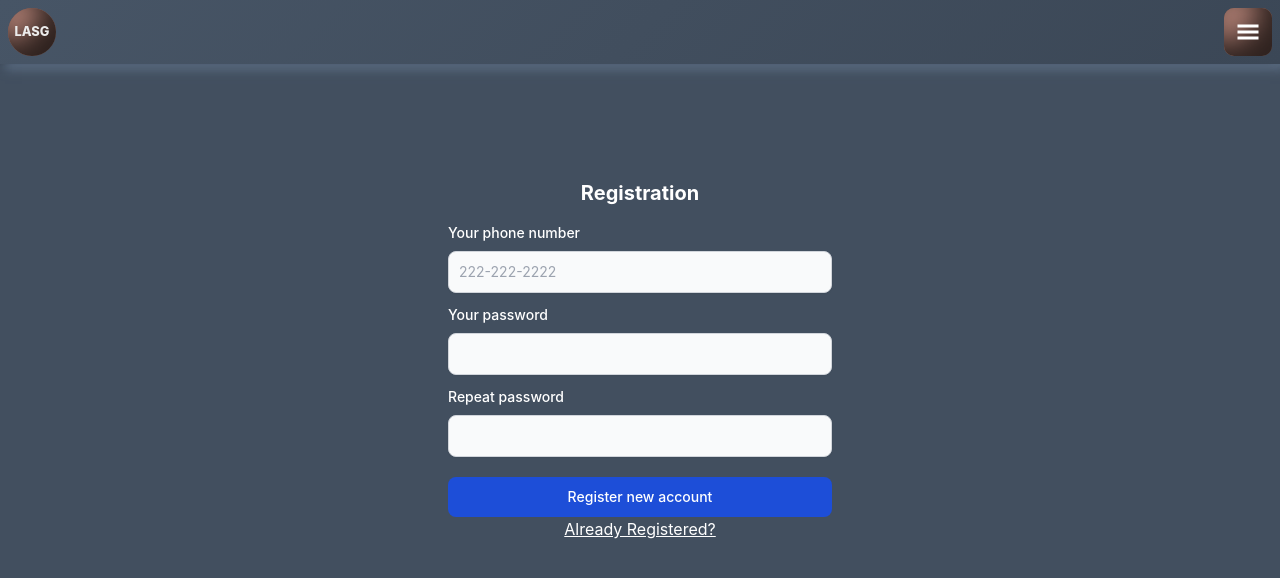
Repository: ShindanoSingi/LA-Swahili-Group
Page: /login (app in client/)
An editor plug-in stored every save of this project. The page is shown before and after the next save, followed by the edit.
The browser window is 1280 px wide. The pictures show the whole page.
The project was rebuilt for these pictures with package versions that can differ from the ones it lists, and the page was loaded fresh each time. Also part of the build but not shown: client/src/pages/error/Error.css, client/src/pages/error/Error.js, client/src/pages/home/Home.js, client/src/pages/about/About.js, client/src/pages/contact/Contact.js.

Above is the page before, as saved 2024-02-06 23:08:07.

After the next save:
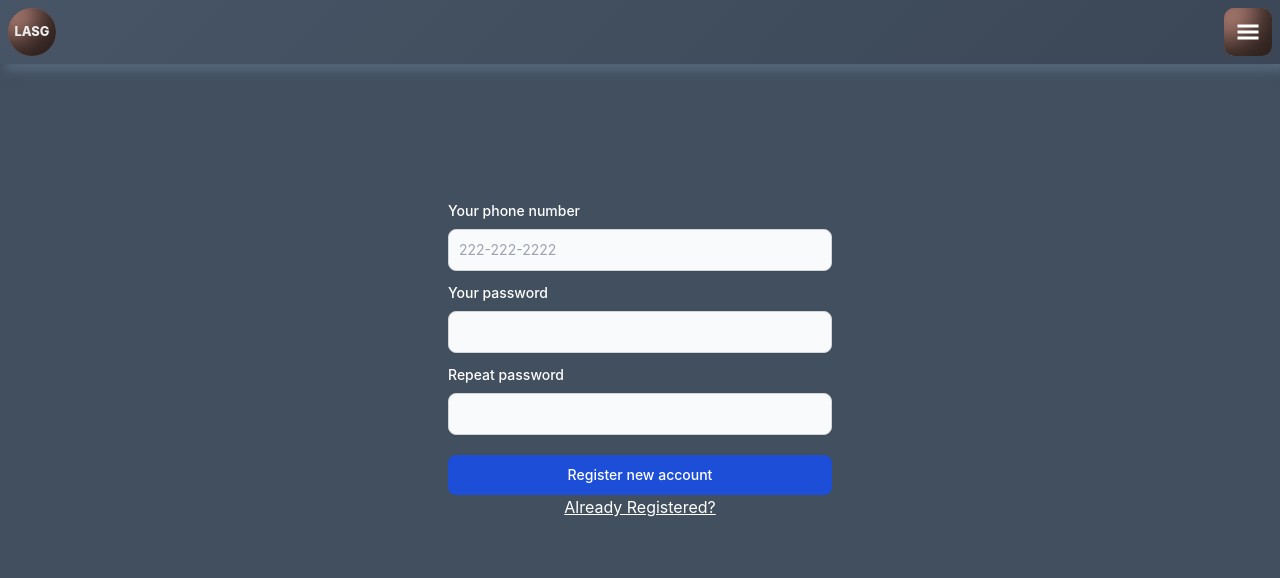
Saved 29 s later.
--- a/client/src/pages/login/Login.js
+++ b/client/src/pages/login/Login.js
@@ -6,7 +6,10 @@
       return (
             <div className="container">
                   <div className="w-[80%]">
-                        <h1 className="text-xl font-bold text-center mb-4 text-white dark:text-white">Registration</h1>
+                    {
+                        showRegisterButton && (                        <h1 className="text-xl font-bold text-center mb-4 text-white dark:text-white">Registration</h1>
+                        )
+                    }
                         <form className="max-w-sm mx-auto">
                               <div className="mb-3">
                                     <label

After the save that followed:
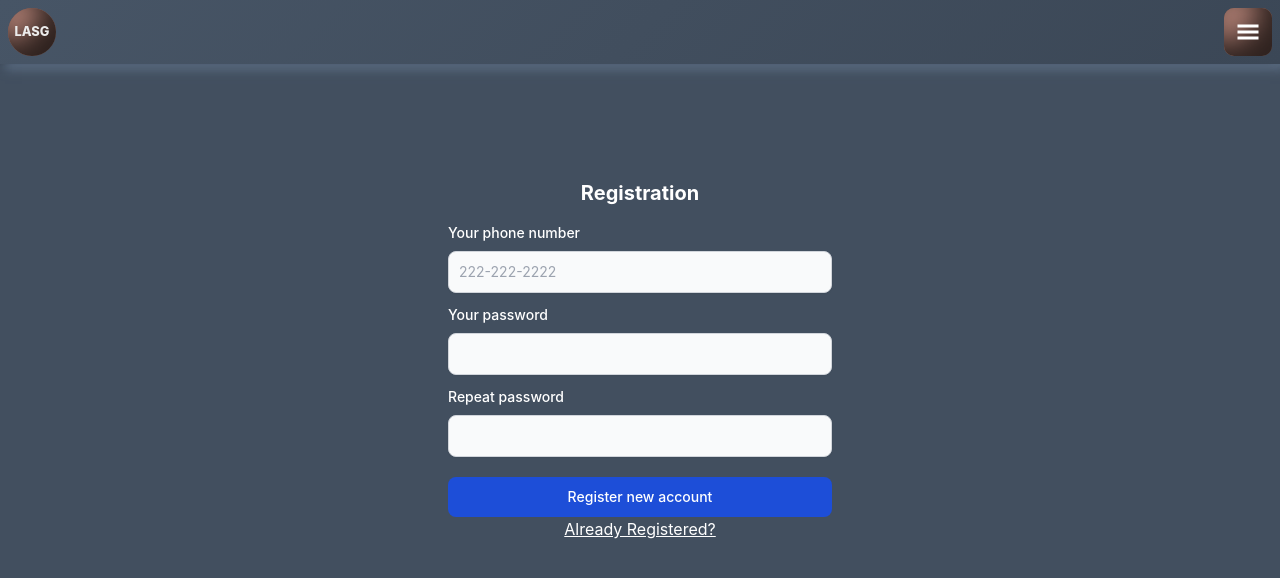
Saved 9 s later.
--- a/client/src/pages/login/Login.js
+++ b/client/src/pages/login/Login.js
@@ -7,7 +7,7 @@
             <div className="container">
                   <div className="w-[80%]">
                     {
-                        showRegisterButton && (                        <h1 className="text-xl font-bold text-center mb-4 text-white dark:text-white">Registration</h1>
+                        !showRegisterButton && (                        <h1 className="text-xl font-bold text-center mb-4 text-white dark:text-white">Registration</h1>
                         )
                     }
                         <form className="max-w-sm mx-auto">
